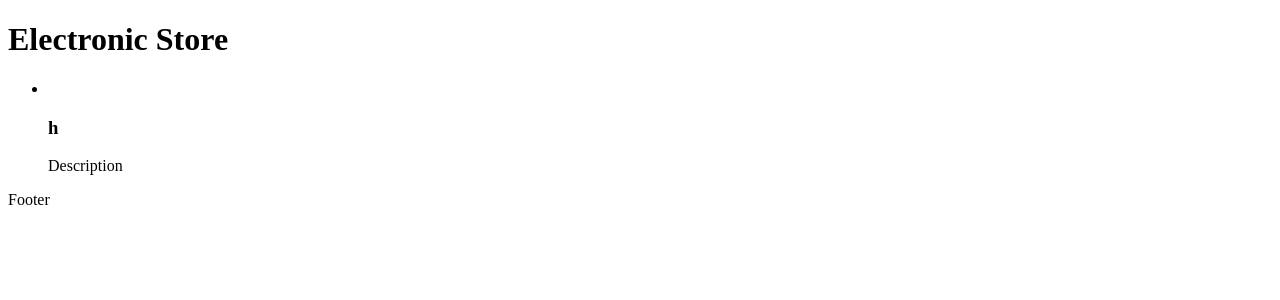
Repository: Lithium87/e-Strore
Page: /
An editor plug-in stored every save of this project. The page is shown before and after the next save, followed by the edit.
The browser window is 1280 px wide. The pictures show the whole page.
The project was rebuilt for these pictures with package versions that can differ from the ones it lists, and the page was loaded fresh each time. Also part of the build but not shown: vite.config.js.

Above is the page before, as saved 2025-07-05 14:58:19.

After the next save:
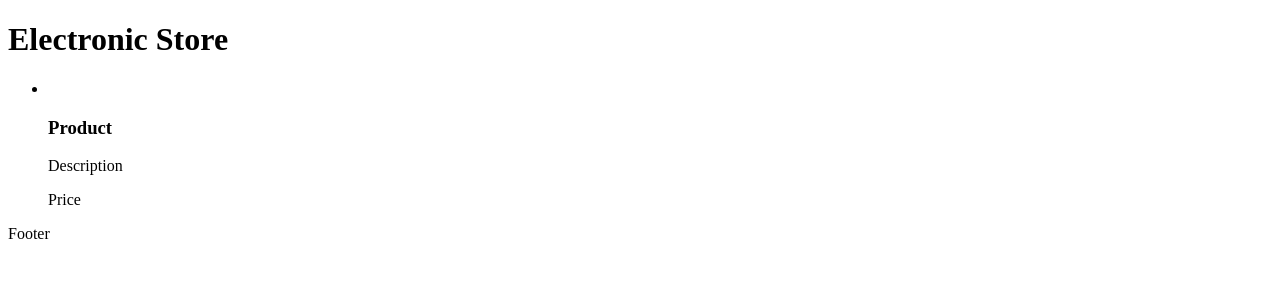
Saved 34 s later.
--- a/src/App.jsx
+++ b/src/App.jsx
@@ -77,8 +77,9 @@ const Product = () => {
   return (
     <li>
       <img src="" alt="" />
-      <h3>h</h3>
+      <h3>Product</h3>
       <p>Description</p>
+      <span>Price</span>
     </li>
   );
 };
